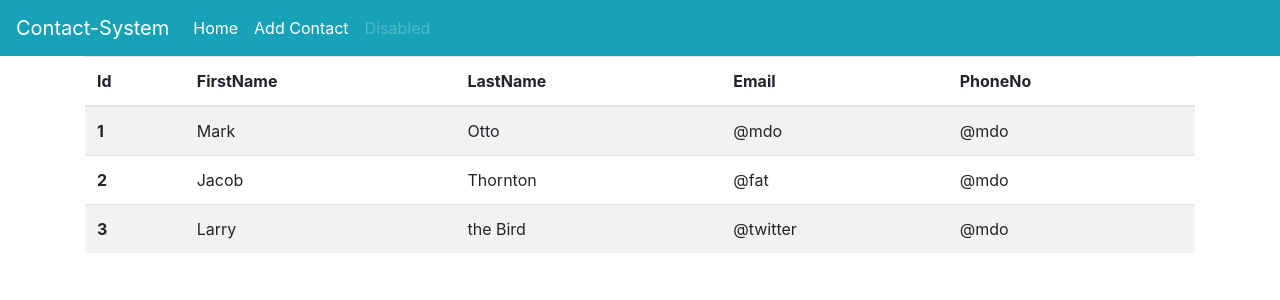
Repository: vivek9099/ContactManage
Page: http://localhost/index
These files come from the project's save history. The page is drawn as it stood at one moment and after the next save; the edit follows.
The browser window is 1280 px wide. The pictures show the whole page.
Some web libraries are served in a nearby version. The page is this project's Thymeleaf template; nobody is signed in. The template is opened directly, without the code that normally fills it, so the values that code supplies are empty.

Above is the page before, as saved 2023-03-28 10:32:31.

### Contact-System/src/main/resources/templates/index.html
<!doctype html>
<html lang="en">
  <head>
    <!-- Required meta tags -->
    <meta charset="utf-8">
    <meta name="viewport" content="width=device-width, initial-scale=1, shrink-to-fit=no">

    <!-- Bootstrap CSS -->
    <link rel="stylesheet" href="https://cdn.jsdelivr.net/npm/bootstrap@4.0.0/dist/css/bootstrap.min.css" integrity="sha384-Gn5384xqQ1aoWXA+058RXPxPg6fy4IWvTNh0E263XmFcJlSAwiGgFAW/dAiS6JXm" crossorigin="anonymous">

    <title>HomePage</title>
  </head>
  <body>
  <!-- navbar -->
  <nav class="navbar navbar-expand-lg navbar-dark bg-info">
  <a class="navbar-brand" href="#">Contact-System</a>
  <button class="navbar-toggler" type="button" data-toggle="collapse" data-target="#navbarSupportedContent" aria-controls="navbarSupportedContent" aria-expanded="false" aria-label="Toggle navigation">
    <span class="navbar-toggler-icon"></span>
  </button>

  <div class="collapse navbar-collapse" id="navbarSupportedContent">
    <ul class="navbar-nav mr-auto">
      <li class="nav-item active">
        <a class="nav-link" href="#">Home <span class="sr-only">(current)</span></a>
      </li>
      <li class="nav-item active">
        <a class="nav-link" href="#">Add Contact</a>
      </li>

      <li class="nav-item">
        <a class="nav-link disabled" href="#">Disabled</a>
      </li>
    </ul>

  </div>
</nav>
<!-- navbar -->

<div class="container">
<table class="table table-striped">
  <thead>
    <tr>
      <th scope="col">Id</th>
      <th scope="col">FirstName</th>
      <th scope="col">LastName</th>
      <th scope="col">Email</th>
      <th scope="col">PhoneNo</th>
    </tr>
  </thead>
  <tbody>
    <tr>
      <th scope="row">1</th>
      <td>Mark</td>
      <td>Otto</td>
      <td>@mdo</td>
      <td>@mdo</td>
    </tr>
    <tr>
      <th scope="row">2</th>
      <td>Jacob</td>
      <td>Thornton</td>
      <td>@fat</td>
      <td>@mdo</td>
    </tr>
    <tr>
      <th scope="row">3</th>
      <td>Larry</td>
      <td>the Bird</td>
      <td>@twitter</td>
      <td>@mdo</td>
    </tr>
  </tbody>
</table>
</div>

    <!-- Optional JavaScript -->
    <!-- jQuery first, then Popper.js, then Bootstrap JS -->
    <script src="https://code.jquery.com/jquery-3.2.1.slim.min.js" integrity="sha384-KJ3o2DKtIkvYIK3UENzmM7KCkRr/rE9/Qpg6aAZGJwFDMVNA/GpGFF93hXpG5KkN" crossorigin="anonymous"></script>
    <script src="https://cdn.jsdelivr.net/npm/popper.js@1.12.9/dist/umd/popper.min.js" integrity="sha384-ApNbgh9B+Y1QKtv3Rn7W3mgPxhU9K/ScQsAP7hUibX39j7fakFPskvXusvfa0b4Q" crossorigin="anonymous"></script>
    <script src="https://cdn.jsdelivr.net/npm/bootstrap@4.0.0/dist/js/bootstrap.min.js" integrity="sha384-JZR6Spejh4U02d8jOt6vLEHfe/JQGiRRSQQxSfFWpi1MquVdAyjUar5+76PVCmYl" crossorigin="anonymous"></script>
  </body>
</html>

After the next save:
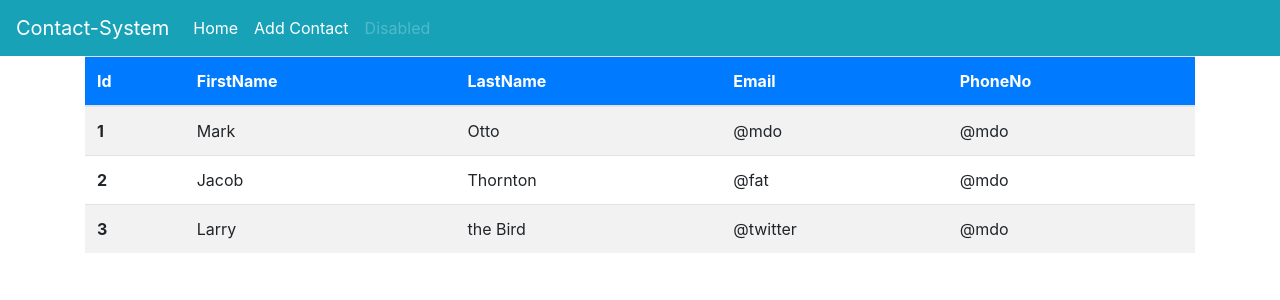
Saved 81 s later.
--- a/Contact-System/src/main/resources/templates/index.html
+++ b/Contact-System/src/main/resources/templates/index.html
@@ -38,7 +38,7 @@
 
 <div class="container">
 <table class="table table-striped">
-  <thead>
+  <thead class ="bg-primary text-white">
     <tr>
       <th scope="col">Id</th>
       <th scope="col">FirstName</th>
